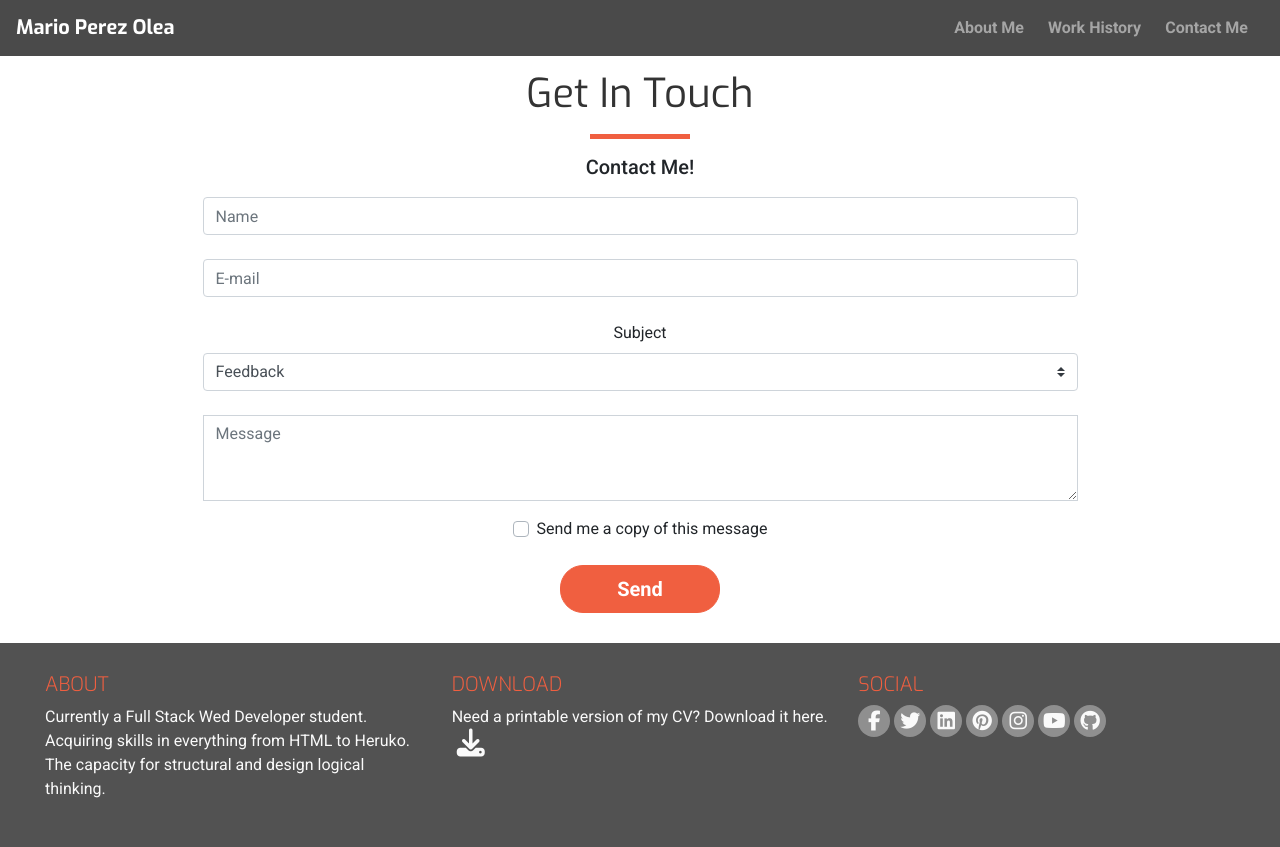
Repository: Supermario78/my-first-milestone-project
Page: contact.html
The author's editor kept a record of every edit. The page is drawn from the files as they stood at one moment, then again after the next edit.
The browser window is 1280 px wide. The pictures show the whole page.
The pointer rests on the first visible `.navbar-dark .navbar-brand`.
Some web libraries are served in a nearby version.

Above is the page before.

After the next edit:
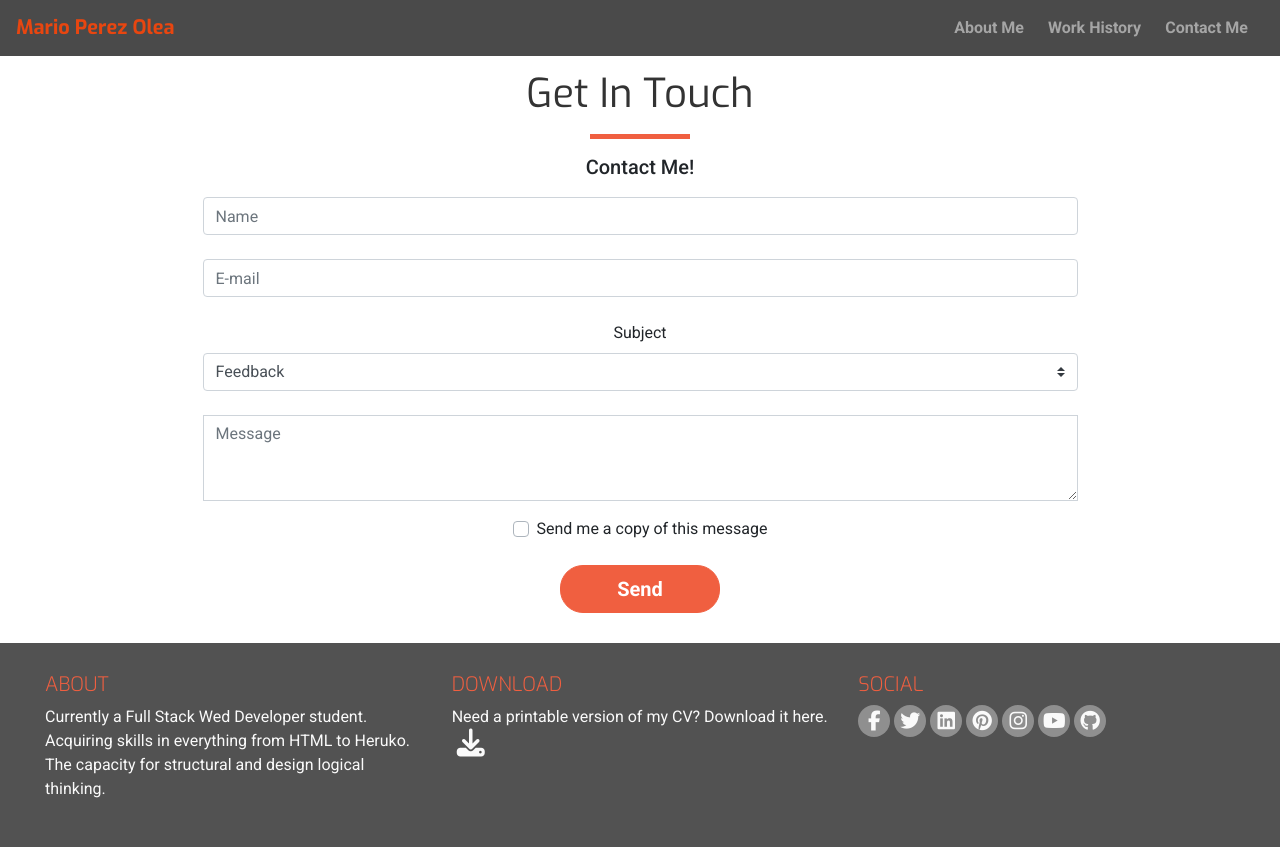
The edit:
--- a/assets/css/style.css
+++ b/assets/css/style.css
@@ -179,6 +179,10 @@
 	sans-serif;
 	color: #fff;
 	font-weight: bold;
+}
+
+.navbar-dark .navbar-brand:hover {
+    color: #e84610;
 }
 
 .navbar .navbar-nav a {
